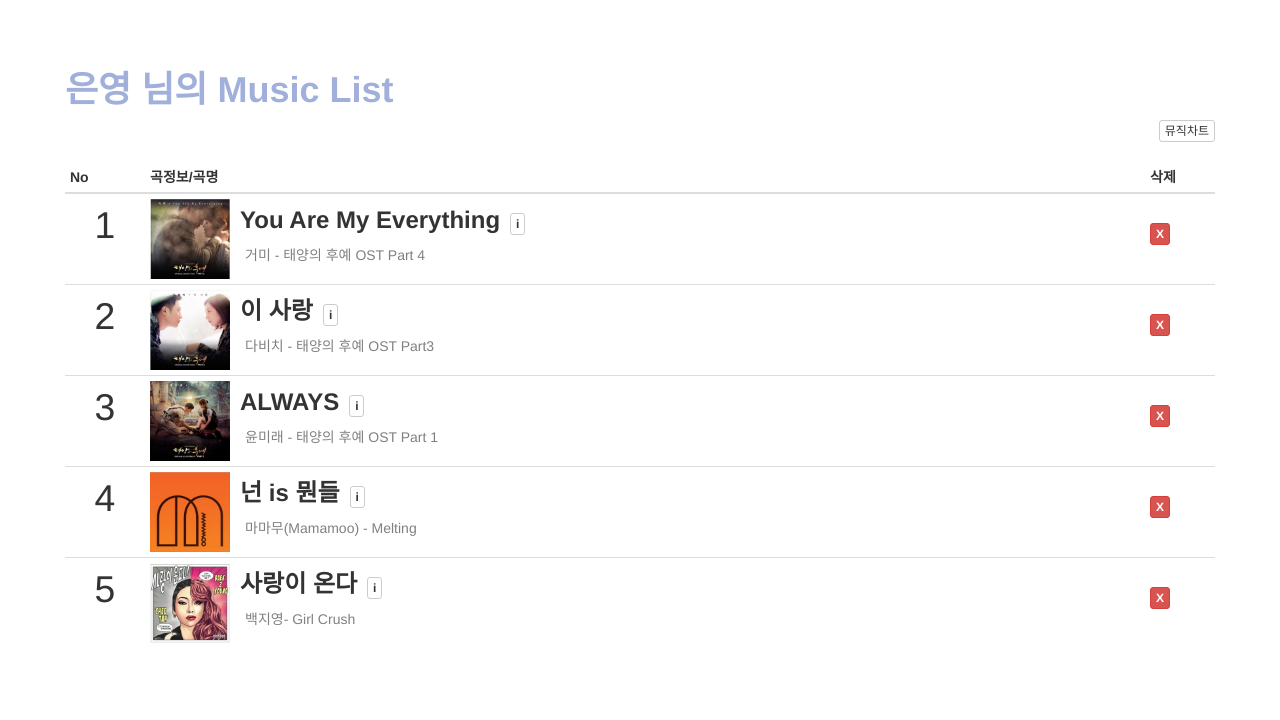
Repository: brotherdoor/shiba
Page: http://localhost/MusicPlay_templete_first/myList.jsp
An editor plug-in stored every save of this project. The page is shown before and after the next save, followed by the edit.
The browser window is 1280 px wide. The pictures show the whole page.
The page is served by Tomcat 9.

Above is the page before, as saved 2017-02-21 06:25:50.

After the next save:
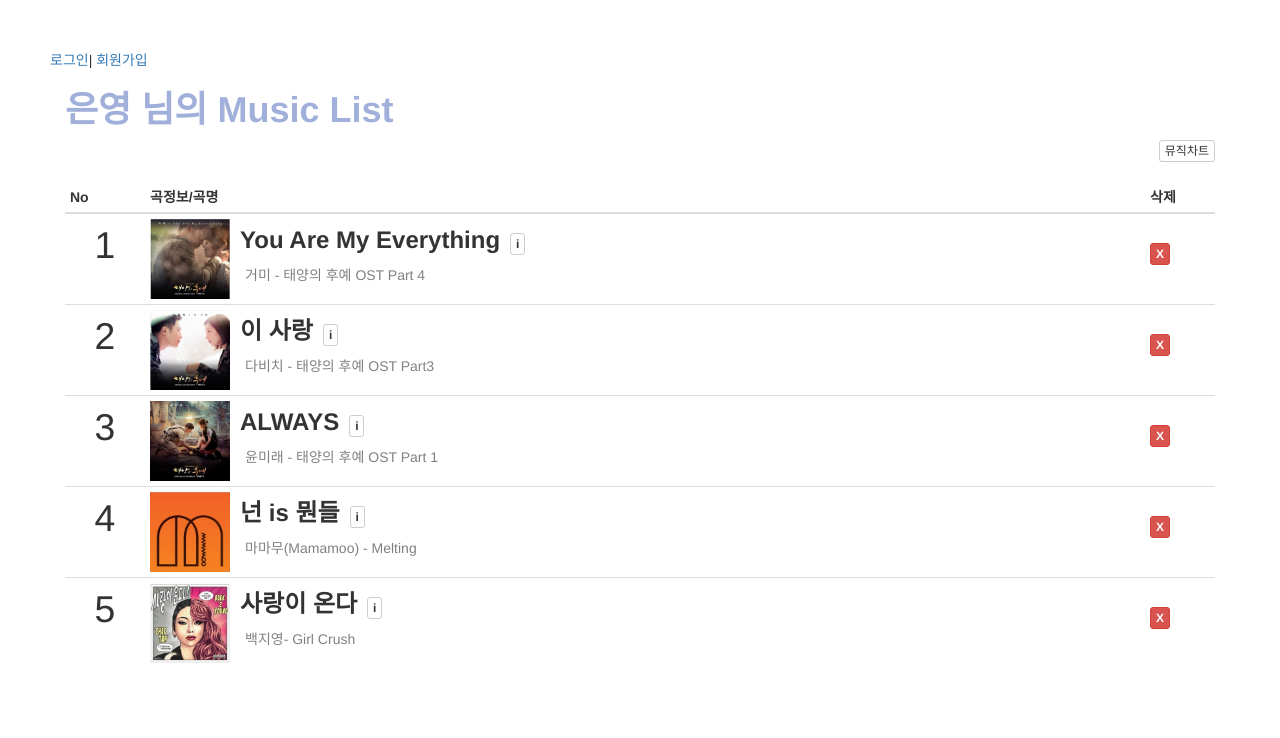
Saved 50 s later.
--- a/jsp/MusicPlay_templete_first/WebContent/myList.jsp
+++ b/jsp/MusicPlay_templete_first/WebContent/myList.jsp
@@ -44,6 +44,7 @@ h1 {
 </style>
 </head>
 <body>
+<%@ include file = "header/header.jspf" %>
 	<div class="container-fluid">
 		<div class="row">
 			<div class="col-md-12">
